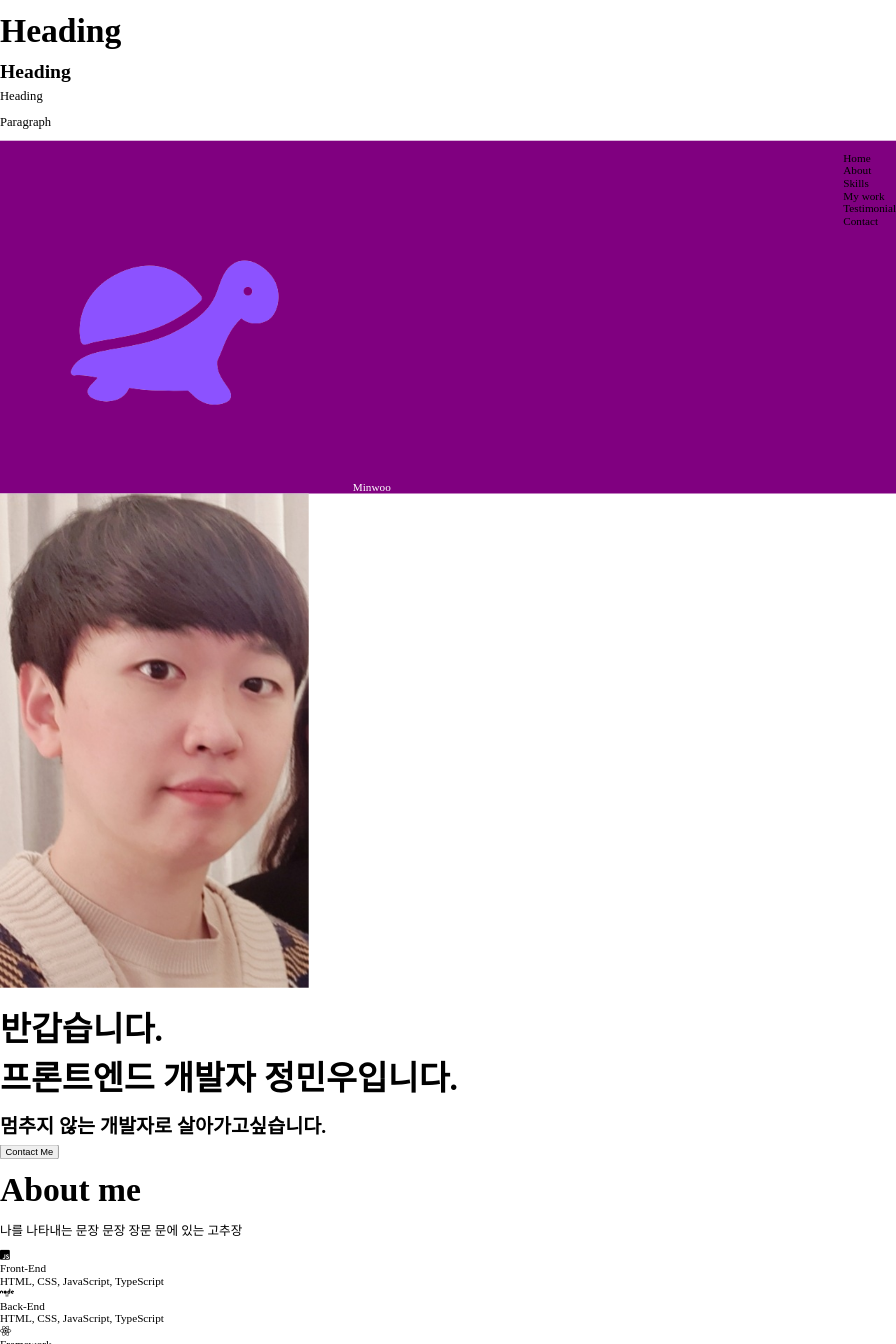
Repository: DevMinwoo-Jung/MinwooPortfolio
Page: index.html
The author's editor kept a copy of each file at every save. The page is drawn from the files as they stood at one save, then again after the next save.
The browser window is 1280 px wide. The pictures show the part of the page from y = 0 to 1920 px (the page is 7108 px tall before and 7346 px after), at 70% of full size.

Above is the page before, as saved 2021-05-31 13:59:42.

### index.html
<!DOCTYPE html>
<html lang="en">
<head>
  <meta charset="UTF-8">
  <meta http-equiv="X-UA-Compatible" content="IE=edge">
  <meta name="viewport" content="width=device-width, initial-scale=1.0">
  <title>Minwoo's Portfolio</title>
  <meta name="description" content="(will be) world-renowned Front-End Web developer Minwoo">
  <meta name="author" content= "Minwoo Jung">
  <link rel="icon" type ="image/png" href="imgs/favicon.png">
  <link rel="stylesheet" href="https://use.fontawesome.com/releases/v5.15.3/css/all.css" integrity="sha384-SZXxX4whJ79/gErwcOYf+zWLeJdY/qpuqC4cAa9rOGUstPomtqpuNWT9wdPEn2fk" crossorigin="anonymous">
  <link rel="preconnect" href="https://fonts.gstatic.com">
<link href="https://fonts.googleapis.com/css2?family=Open+Sans:wght@400;600;700&display=swap" rel="stylesheet">
<link rel="stylesheet" href="style.css">
<script src="main.js" defer></script>
</head>
<body>
  <h1>Heading</h1>
  <h2>Heading</h2>
  <h3>Heading</h3>
  <p>Paragraph</p>
  <!-- Navbar -->
  <nav id="navbar">
    <div class="navbar__logo">
      <img src="imgs/favicon.png" alt="">
      <a href="#">Minwoo</a>
    </div>
      <ul class="nvabar__menu">
        <li class="navbar__menu__item">Home</li>
        <li class="navbar__menu__item">About</li>
        <li class="navbar__menu__item">Skills</li>
        <li class="navbar__menu__item">My work</li>
        <li class="navbar__menu__item">Testimonial</li>
        <li class="navbar__menu__item">Contact</li>
      </ul>
  </nav>
  <!-- Home -->
  <section id="home">
    <img src="imgs/myPhoto.jpg" alt="Minwoo's profile photo" class="home__avatar">
    <h1 class="home__title">반갑습니다. <br> 프론트엔드 개발자 정민우입니다.</h1>
    <h2 class="home__description">멈추지 않는 개발자로 살아가고싶습니다.</h2>
    <button class="home__contact">Contact Me</button>
  </section>
  <!-- About -->
  <section id="about">
    <h1>About me</h1>
    <p>나를 나타내는 문장 문장 장문 문에 있는 고추장</p>
    <div class="about__majors">
      <div class="major">
        <div class="major__icon">
          <i class="fab fa-js-square"></i>
        </div>
        <div class="major__title">Front-End</div>
        <div class="major__description">
          HTML, CSS, JavaScript, TypeScript
        </div>
      </div>
      <div class="major">
        <div class="major__icon">
          <i class="fab fa-node"></i>
        </div>
        <div class="major__title">Back-End</div>
        <div class="major__description">
          HTML, CSS, JavaScript, TypeScript
        </div>
      </div>
      <div class="major">
        <div class="major__icon">
          <i class="fab fa-react"></i>
        </div>
        <div class="major__title">Framework</div>
        <div class="major__description">
          HTML, CSS, JavaScript, TypeScript
        </div>
      </div>
    </div>
    <div class="aoubt__jobs">
      <img src="imgs/school.png" alt="" class="job__logo">
      <p class="job__period">쌍용교육센터 - 2019.09 ~ 2020.04</p>
      <img src="imgs/school.png" alt="" class="job__logo">
      <p class="job__period">호서대학교 - 2012.02 ~ 2017.02</p>
    </div>



  </section>
  <!-- Skills -->
  <section id="skills">
    <h1>Skills</h1>
    <h2>Skills & Attributes</h2>
    <p>
      나를 잘 포장할 말을 쓰면 된다
    </p>
    <div class="skillset">
      <div class="skillset__left">
        <h3 class="skillset__title">Skills</h3>
        <div class="skill">
          <div class="skill__description">
            <span>HTML</span>
            <span>90%</span>
          </div>
          <div class="skill__bar">
            <div class="skill__value"></div>
          </div>
        </div>
        <div class="skill">
          <div class="skill__description">
            <span>JavaScript</span>
            <span>90%</span>
          </div>
          <div class="skill__bar">
            <div class="skill__value"></div>
          </div>
        </div>
        <div class="skill">
          <div class="skill__description">
            <span>CSS</span>
            <span>90%</span>
          </div>
          <div class="skill__bar">
            <div class="skill__value"></div>
          </div>
        </div>
        <div class="skill">
          <div class="skill__description">
            <span>TypeScript</span>
            <span>90%</span>
          </div>
          <div class="skill__bar">
            <div class="skill__value"></div>
          </div>
        </div>
        <div class="skill">
          <div class="skill__description">
            <span>NodeJs</span>
            <span>90%</span>
          </div>
          <div class="skill__bar">
            <div class="skill__value"></div>
          </div>
        </div>
      </div>
      <div class="skillset__right">
        <div class="tools">
          <h3 class="skillset__title">Tools</h3>
          <ul class="tools__list">
            <li><span>Visual Studio Code</span></li>
            <li><span>1</span></li>
            <li><span>2</span></li>
            <li><span>3</span></li>
            <li><span>4</span></li>
          </ul>
        </div>
        <div class="etc">
          <h3 class="skillset__title">Etc</h3>
          <ul class="etc__list">
            <li><span>Git</span></li>
            <li><span>Etc</span></li>
          </ul>
        </div>
      </div>
    </div>
  </section>
  <!-- Work -->
  <section id="work">
    <h1>My work</h1>
    <h3>Projects</h3>
    <div class="work__categories">
      <button class="category__btn">All <span class="category__count">8</span></button>
      <button class="category__btn">Front-End <span class="category__count">3</span></button>
      <button class="category__btn">React <span class="category__count">2</span></button>
      <button class="category__btn">vanilaJs <span class="category__count">2</span></button>
      <button class="category__btn">nodeJs <span class="category__count">1</span></button>
    </div>
    <div class="wrok__projects">
      <a href="mygithub" class="project__img" target="blank" data-type="back-end">
      <img src="imgs/favicon.png" alt="project1">
      <!-- 이미지 추후에 넣자 -->
      <div class="project__description">
        <h3>Proejct</h3>
        <span>Clone coding with HTML and CSS</span>
      </div>
      </a>
      <a href="mygithub" class="project__img" target="blank" data-type="back-end">
        <img src="imgs/favicon.png" alt="project1">
        <!-- 이미지 추후에 넣자 -->
        <div class="project__description">
          <h3>Proejct</h3>
          <span>Clone coding with HTML and CSS</span>
        </div>
        </a>
        <a href="mygithub" class="project__img" target="blank" data-type="back-end">
          <img src="imgs/favicon.png" alt="project1">
          <!-- 이미지 추후에 넣자 -->
          <div class="project__description">
            <h3>Proejct</h3>
            <span>Clone coding with HTML and CSS</span>
          </div>
          </a>
          <a href="mygithub" class="project__img" target="blank" data-type="back-end">
            <img src="imgs/favicon.png" alt="project1">
            <!-- 이미지 추후에 넣자 -->
            <div class="project__description">
              <h3>Proejct</h3>
              <span>Clone coding with HTML and CSS</span>
            </div>
            </a>
    </div>
  </section>
  <!-- Testimonials -->
  <section id="testimonials">
    <h1>Testmonials</h1>
    <h3>See what they say about me</h3>
    <div class="testmonials">
      <div class="testimonial">
        <img src="imgs/testimonail/people.jpg" alt="" class="testimonial__avatar">
        <div class="testimonail__speech-bubble">
          <p>qmffkqmffk</p>
          <p class="name"><a href="">이름</a>일한곳</p>
        </div>
      </div>
      <div class="testimonial">
        <img src="imgs/testimonail/people.jpg" alt="" class="testimonial__avatar">
        <div class="testimonail__speech-bubble">
          <p>qmffkqmffk</p>
          <p class="name"><a href="">이름</a>일한곳</p>
        </div>
      </div>
    </div>
  </section>
  <!-- Contact -->
  <section id="contact">
    <h1 class="contact__title">Let's talk</h1>
    <h2 class="contact__email">applejung312@gmail.com</h2>
    <div class="contact__links">
      <a href="https://github.com/DevMinwoo-Jung" target="_blank">
        <i class="fab fa-github"></i>
      </a>
      <a href="https://dev-minwoo.tistory.com/" target="_blank">
        <i class="fas fa-blog"></i>
      </a>
    </div>
    <p class="contact__right">
      2021 Minwoo Jung - All rights reseverd
    </p>
  </section>
</body>
</html>

### style.css
/* Global */
:root {
  /* Color */
  --color-white: #ffffff;
  --color-light-white: #eeeeee;
  --color-dark-white: #bdbdbd;
  --color-pink: #fe918d;
  --color-dark-pink: #ff6863;
  --color-dark-grey: #4d4d4d;
  --color-grey: #616161;
  --color-light-grey: #7c7979;
  --color-blue: #73aace;
  --color-yellow: #fff7d1;
  --color-orange: #feb546;
  --color-black: #000000;

  /* Font size */
  --font-large: 48px;
  --font-medium: 28px;
  --font-regular: 18px;
  --font-small: 16px;
  --font-micro: 14px;

  /* Font weight */
  --weight-bold: 700;
  --weight-semi-bold: 600;
  --weight-regular: 400;

  /* Size */
}

/* Universal tags */
* {
  box-sizing: border-box;
}

/* Typography */
h1 {
  font-size: var(--font-large);
  font-weight: var(--weight-bold);
  color: var(--color-black);
  margin: 16px 0px;
}

h2 {
  font-size: var(--font-medium);
  font-weight: var(--weight-semi-bold);
  color: var(--color-black);
  margin: 8px 0;
}

h3 {
  font-size: var(--font-regular);
  font-weight: var(--weight-regular);
  color: var(--color-black);
  margin: 8px 0;
}

p {
  font-size: var(--font-regular);
  font-weight: var(--weight-regular);
  color: var(--color-black);
  margin: 16px 0;
}

body {
  margin: 0;
}

a {
  text-decoration: none;
  color: var(--color-white);
}

ul {
  list-style: none;
  padding-left: 0;
}

/* Navbar */
#navbar {
  display: flex;
  justify-content: space-between;
  background-color: purple;
}

Loaded but not shown: main.js (no copy from this time; the picture is the same without it)

After the next save:
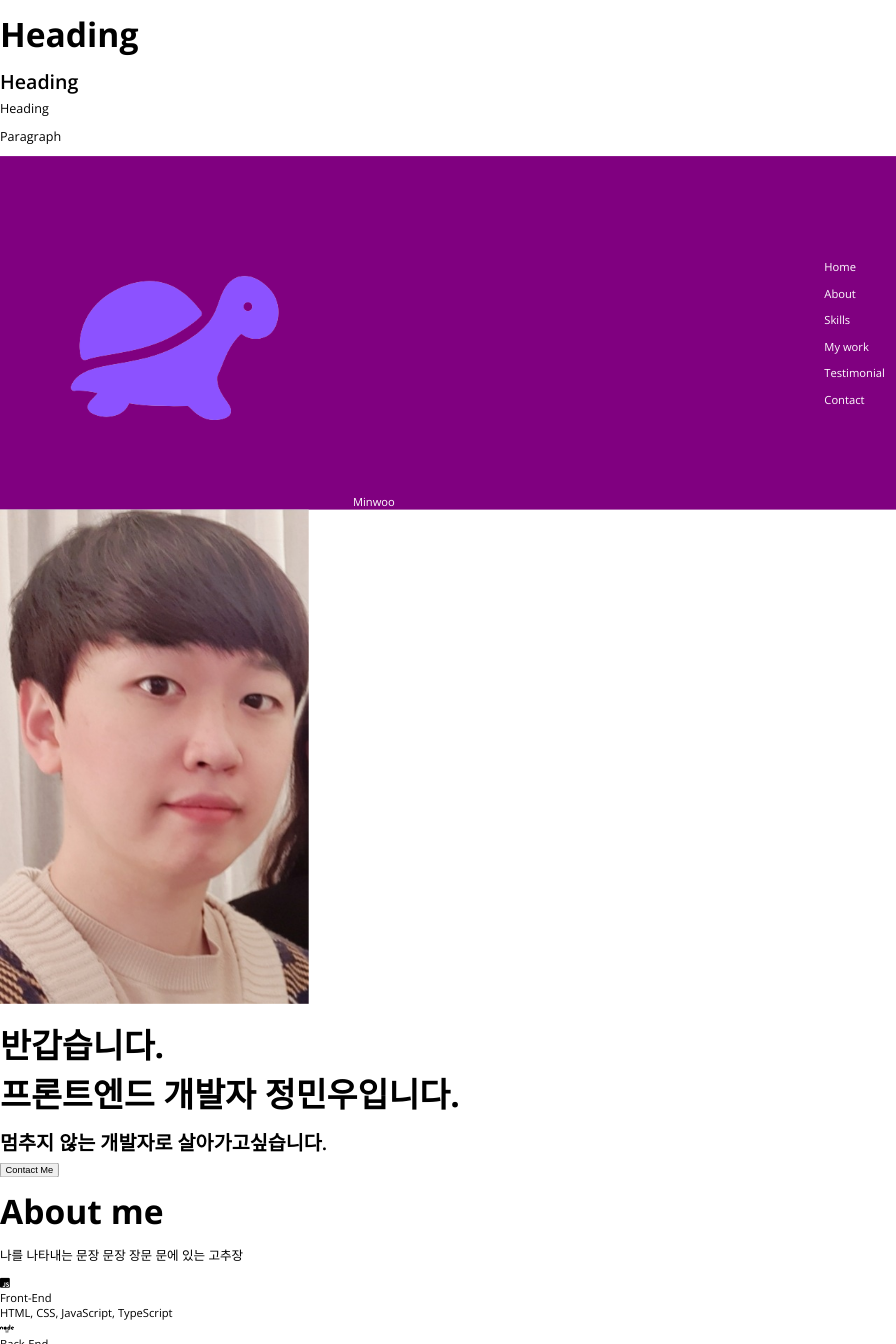
Saved 107 s later.
--- a/style.css
+++ b/style.css
@@ -65,6 +65,7 @@ p {
 
 body {
   margin: 0;
+  font-family: "Open Sans", sans-serif;
 }
 
 a {
@@ -82,4 +83,15 @@ ul {
   display: flex;
   justify-content: space-between;
   background-color: purple;
+  align-items: center;
+  color: var(--color-white);
 }
+
+.navbar__menu {
+  display: flex;
+}
+
+.navbar__menu__item {
+  padding: 8px 12px;
+  margin: 0 4px;
+}
